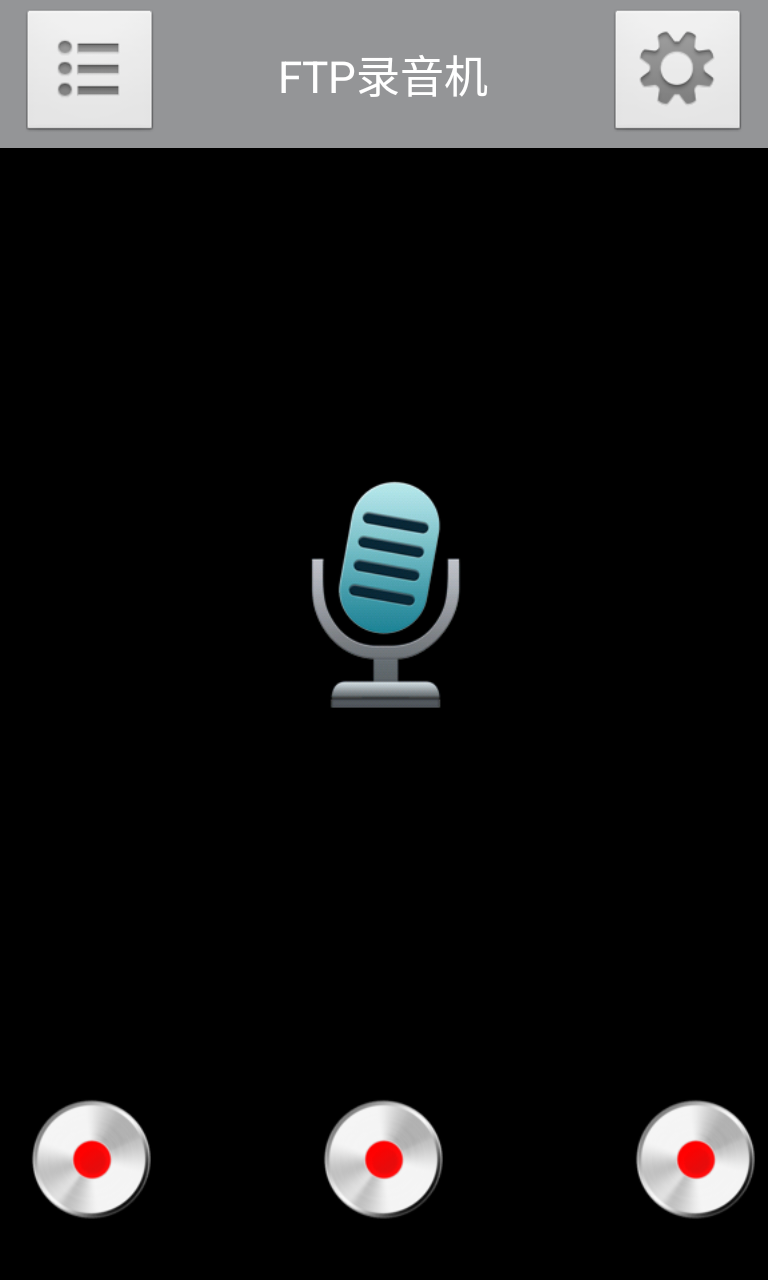
Repository: stone-jin/WAVRecoder
Layout: WAVRecoder2/res/layout/main.xml
These files come from the project's save history. The layout is drawn as it stood at one moment and after the next save; the edit follows.
It is drawn on a 768 x 1280 px phone screen (xhdpi) without system bars, with theme Anim_style2; the app's code is not run.

Above is the layout before, as saved 2014-05-06 19:07:16.

After the next save:
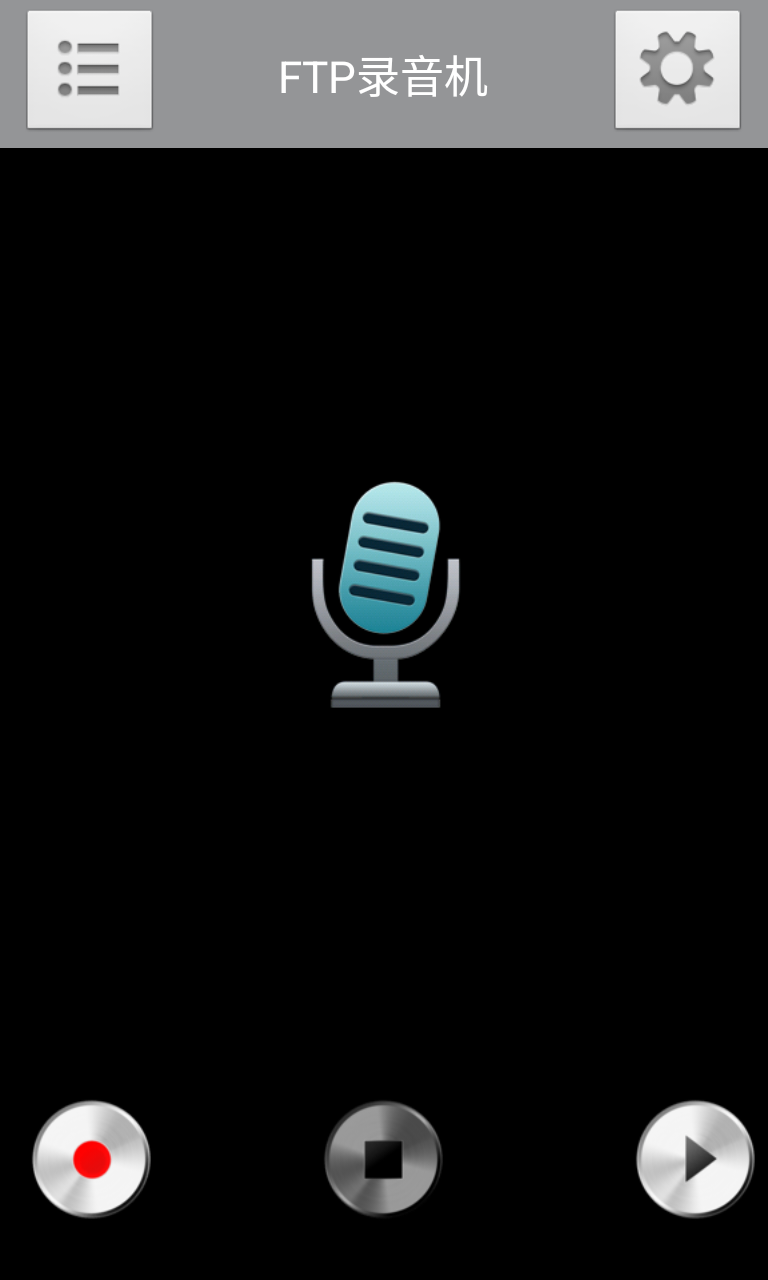
Saved 47 s later.
--- a/WAVRecoder2/res/layout/main.xml
+++ b/WAVRecoder2/res/layout/main.xml
@@ -38,7 +38,7 @@
         <Button
             android:layout_width="wrap_content"
             android:layout_height="wrap_content"
-            android:background="@drawable/btn_rekam_normal"
+            android:background="@drawable/btn_stop_disabled"
             android:layout_marginLeft="10dp"
             android:layout_centerInParent="true"
             />
@@ -46,7 +46,7 @@
         <Button
             android:layout_width="wrap_content"
             android:layout_height="wrap_content"
-            android:background="@drawable/btn_rekam_normal"
+            android:background="@drawable/btn_play_normal"
             android:layout_marginLeft="10dp"
 			android:layout_alignParentRight="true"
 			android:layout_centerVertical="true"
